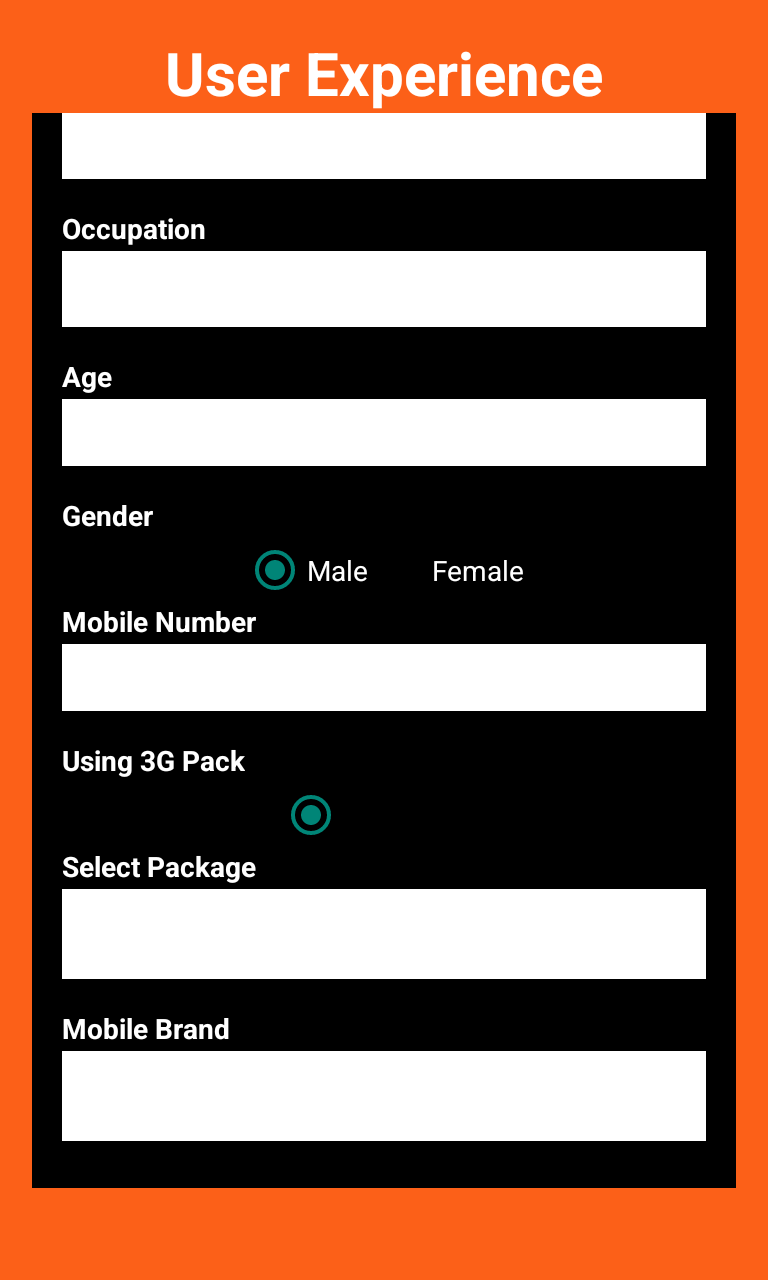
Repository: MushfiqurRahman/BLink3gApp
Layout: 3gExperience/res/layout/fragment_survey.xml
An editor plug-in stored every save of this project. The layout is shown before and after the next save, followed by the edit.
It is drawn on a 768 x 1280 px phone screen (xhdpi) without system bars, with theme AppTheme; the app's code is not run.

Above is the layout before, as saved 2014-05-20 19:07:41.

### 3gExperience/res/layout/fragment_survey.xml
<RelativeLayout xmlns:android="http://schemas.android.com/apk/res/android"
    xmlns:tools="http://schemas.android.com/tools"
    android:layout_width="match_parent"
    android:layout_height="match_parent"
    android:background="#FC6018"
    android:paddingBottom="@dimen/activity_vertical_margin"
    android:paddingLeft="@dimen/activity_horizontal_margin"
    android:paddingRight="@dimen/activity_horizontal_margin"
    android:paddingTop="@dimen/activity_vertical_margin"
    tools:context="com.example.gexperience.SurveyActivity$PlaceholderFragment" >

    <RelativeLayout
        android:id="@+id/topMain"
        android:layout_width="fill_parent"
        android:layout_height="wrap_content" >

        <TextView
            android:layout_width="wrap_content"
            android:layout_height="wrap_content"
            android:layout_centerInParent="true"
            android:layout_marginLeft="5dip"
            android:text="@string/survey_heading"
            android:textColor="#ffffff"
            android:textSize="30sp"
            android:textStyle="bold" />
    </RelativeLayout>

    <LinearLayout
        android:id="@+id/LinearBottom"
        android:layout_width="fill_parent"
        android:layout_height="30dp"
        android:layout_alignParentBottom="true"
        android:gravity="bottom"
        android:orientation="vertical" >
    </LinearLayout>

    <LinearLayout
        android:id="@+id/layout_survey_form"
        android:layout_width="fill_parent"
        android:layout_height="fill_parent"
        android:layout_above="@id/LinearBottom"
        android:layout_alignParentLeft="true"
        android:layout_below="@id/topMain"
        android:background="#000000"
        android:gravity="center"
        android:orientation="vertical"
        android:paddingLeft="15dp"
        android:paddingRight="15dp" >

        <LinearLayout
            android:layout_width="fill_parent"
            android:layout_height="wrap_content"
            android:layout_gravity="left" >

            <TextView
                android:id="@+id/textView3"
                android:layout_width="wrap_content"
                android:layout_height="wrap_content"
                android:layout_marginBottom="2dp"
                android:text="@string/sbcr_name"
                android:textColor="#FFFFFF"
                android:textStyle="bold" />
        </LinearLayout>

        <EditText
            android:id="@+id/edtName"
            android:layout_width="match_parent"
            android:layout_height="wrap_content"
            android:layout_marginBottom="15dp"
            android:background="#FFFFFF"
            android:ems="10"
            android:inputType="text"
            android:textSize="25sp" />

        <LinearLayout
            android:layout_width="fill_parent"
            android:layout_height="wrap_content"
            android:layout_gravity="left" >

            <TextView
                android:id="@+id/textView1"
                android:layout_width="wrap_content"
                android:layout_height="wrap_content"
                android:layout_marginBottom="2dp"
                android:text="@string/sbcr_occupation"
                android:textColor="#FFFFFF"
                android:textStyle="bold" />
        </LinearLayout>

        <Spinner
            android:id="@+id/spnOccupation"
            android:layout_width="match_parent"
            android:layout_height="38dp"
            android:layout_marginBottom="15dp"
            android:background="#FFFFFF"
            android:drawSelectorOnTop="true"
            android:padding="5dp"
            android:spinnerMode="dropdown"
            android:textSize="30sp" />

        <LinearLayout
            android:layout_width="fill_parent"
            android:layout_height="wrap_content"
            android:layout_gravity="left" >

            <TextView
                android:id="@+id/textView2"
                android:layout_width="wrap_content"
                android:layout_height="wrap_content"
                android:layout_marginBottom="2dp"
                android:text="@string/sbcr_age"
                android:textColor="#FFFFFF"
                android:textStyle="bold" />
        </LinearLayout>

        <EditText
            android:id="@+id/edtAge"
            android:layout_width="match_parent"
            android:layout_height="wrap_content"
            android:layout_marginBottom="15dp"
            android:background="#FFFFFF"
            android:ems="10"
            android:inputType="number"
            android:textSize="25sp" />

        <LinearLayout
            android:layout_width="fill_parent"
            android:layout_height="wrap_content"
            android:layout_gravity="left" >

            <TextView
                android:id="@+id/tvGender"
                android:layout_width="wrap_content"
                android:layout_height="wrap_content"
                android:layout_marginBottom="2dp"
                android:text="@string/sbcr_gender"
                android:textColor="#FFFFFF"
                android:textStyle="bold" />
        </LinearLayout>

        <RadioGroup
            android:id="@+id/rdoGender"
            android:layout_width="wrap_content"
            android:layout_height="wrap_content"
            android:orientation="horizontal" >

            <RadioButton
                android:id="@+id/radio0"
                android:layout_width="wrap_content"
                android:layout_height="wrap_content"
                android:checked="true"
                android:textColor="#FFFFFF"
                android:text="Male" />

            <RadioButton
                android:id="@+id/radio1"
                android:layout_width="wrap_content"
                android:layout_height="wrap_content"
                android:text="Female"
                android:textColor="#FFFFFF" />
        </RadioGroup>

                <LinearLayout
            android:layout_width="fill_parent"
            android:layout_height="wrap_content"
            android:layout_gravity="left" >

            <TextView
                android:id="@+id/tvMobileNo"
                android:layout_width="wrap_content"
                android:layout_height="wrap_content"
                android:layout_marginBottom="2dp"
                android:text="@string/sbcr_mobile"
                android:textColor="#FFFFFF"
                android:textStyle="bold" />
        </LinearLayout>

        <EditText
            android:id="@+id/edtMobileNo"
            android:layout_width="match_parent"
            android:layout_height="wrap_content"
            android:layout_marginBottom="15dp"
            android:background="#FFFFFF"
            android:ems="10"
            android:inputType="number"
            android:textSize="25sp" />

                <LinearLayout
            android:layout_width="fill_parent"
            android:layout_height="wrap_content"
            android:layout_gravity="left" >

            <TextView
                android:id="@+id/tv3gPack"
                android:layout_width="wrap_content"
                android:layout_height="wrap_content"
                android:layout_marginBottom="2dp"
                android:text="@string/sbcr_is_3g"
                android:textColor="#FFFFFF"
                android:textStyle="bold" />
        </LinearLayout>

        <RadioGroup
            android:id="@+id/rdo3g"
            android:layout_width="wrap_content"
            android:layout_height="wrap_content"
            android:orientation="horizontal" >

            <RadioButton
                android:id="@+id/radio0"
                android:layout_width="wrap_content"
                android:layout_height="wrap_content"
                android:checked="true"
                android:text="Yes" />

            <RadioButton
                android:id="@+id/radio1"
                android:layout_width="wrap_content"
                android:layout_height="wrap_content"
                android:text="No" />
        </RadioGroup>

        <LinearLayout
            android:layout_width="fill_parent"
            android:layout_height="wrap_content"
            android:layout_gravity="left" >

            <TextView
                android:id="@+id/tvPackageType"
                android:layout_width="wrap_content"
                android:layout_height="wrap_content"
                android:layout_marginBottom="2dp"
                android:text="@string/sbcr_package_type"
                android:textColor="#FFFFFF"
                android:textStyle="bold" />
        </LinearLayout>

        <Spinner
            android:id="@+id/spnPackageTypes"
            android:layout_width="match_parent"
            android:layout_height="45dp"
            android:layout_marginBottom="15dp"
            android:background="#FFFFFF"
            android:padding="5dp"
            android:spinnerMode="dropdown"
            android:textSize="30sp" />

                <LinearLayout
            android:layout_width="fill_parent"
            android:layout_height="wrap_content"
            android:layout_gravity="left" >

            <TextView
                android:id="@+id/tvMobileBrand"
                android:layout_width="wrap_content"
                android:layout_height="wrap_content"
                android:layout_marginBottom="2dp"
                android:text="@string/sbcr_mobile_brand"
                android:textColor="#FFFFFF"
                android:textStyle="bold" />
        </LinearLayout>

        <Spinner
            android:id="@+id/spnMobileBrad"
            android:layout_width="match_parent"
            android:layout_height="45dp"
            android:layout_marginBottom="15dp"
            android:background="#FFFFFF"
            android:padding="5dp"
            android:spinnerMode="dropdown"
            android:textSize="30sp" />

        <Button
            android:id="@+id/btnSubmit"
            android:layout_width="match_parent"
            android:layout_height="wrap_content"
            android:layout_marginBottom="15dp"
            android:text="@string/submit"
            android:textColor="#FFFFFF"
            android:textSize="20sp"
            android:textStyle="bold" />

        <Button
            android:id="@+id/btnReset"
            android:layout_width="match_parent"
            android:layout_height="wrap_content"
            android:layout_marginBottom="15dp"
            android:text="@string/reset"
            android:textColor="#FFFFFF"
            android:textSize="20sp"
            android:textStyle="bold" />
    </LinearLayout>

</RelativeLayout>

### 3gExperience/res/values/strings.xml
<?xml version="1.0" encoding="utf-8"?>
<resources>

    <string name="app_name">3gExperience</string>
    <string name="hello_world">Hello world!</string>
    <string name="action_settings">Settings</string>
    <string name="title_activity_login">LoginActivity</string>
    <string name="title_activity_survey">SurveyActivity</string>
    <string name="bp_code">BP Code</string>
    <string name="area">Area</string>
    <string name="location">Location</string>
    <string name="login">Login</string>
    <string name="survey_heading">User Experience</string>
    <string name="sbcr_name">Subscriber Name</string>
    <string name="sbcr_occupation">Occupation</string>
    <string name="sbcr_age">Age</string>
    <string name="sbcr_gender">Gender</string>
    <string name="sbcr_mobile">Mobile Number</string>
    <string name="sbcr_is_3g">Using 3G Pack</string>
    <string name="sbcr_package_type">Select Package</string>
    <string name="sbcr_mobile_brand">Mobile Brand</string>
    <string name="submit">Submit</string>
    <string name="reset">Reset</string>
</resources>

Loaded but not shown: 3gExperience/res/values/styles.xml (common file); 3gExperience/res/values-v11/styles.xml (common file); 3gExperience/res/values-v14/styles.xml (common file); 3gExperience/res/values/dimens.xml (common file); 3gExperience/res/values-w820dp/dimens.xml (common file)

After the next save:
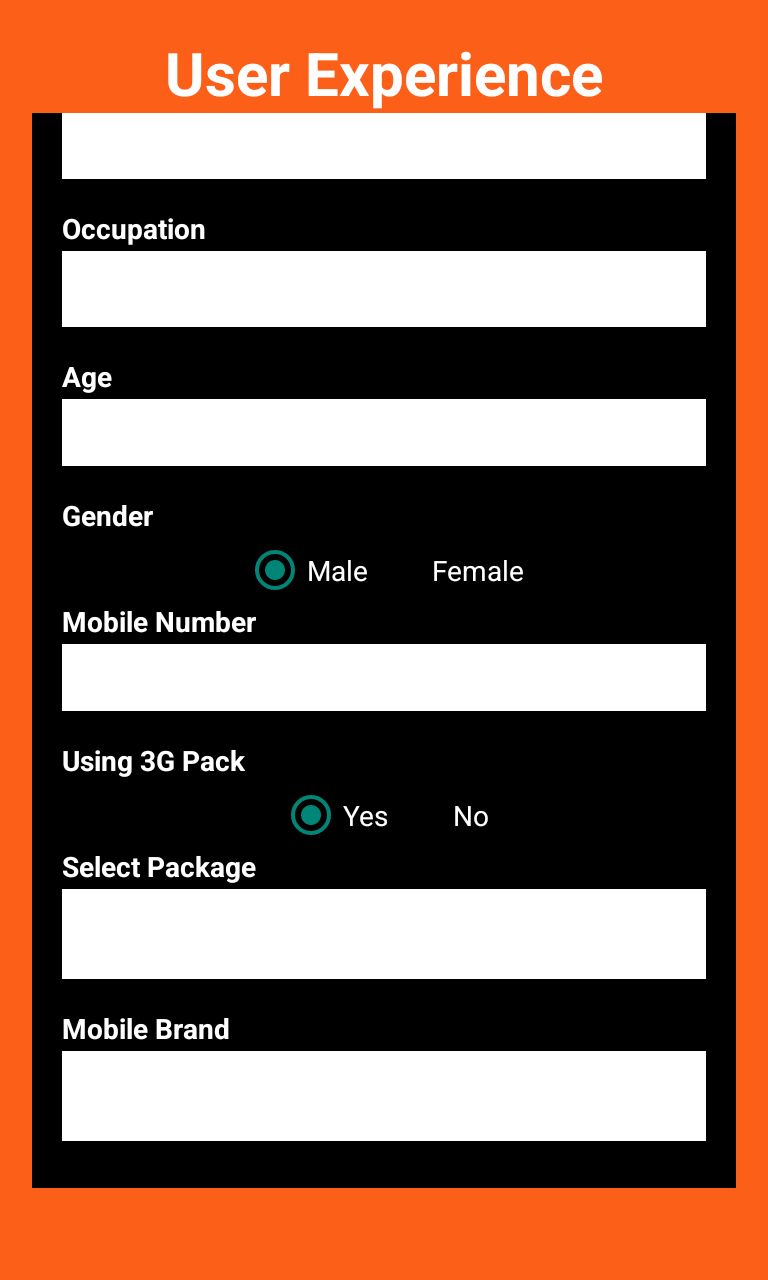
Saved 9 s later.
--- a/3gExperience/res/layout/fragment_survey.xml
+++ b/3gExperience/res/layout/fragment_survey.xml
@@ -211,13 +211,15 @@
                 android:layout_width="wrap_content"
                 android:layout_height="wrap_content"
                 android:checked="true"
-                android:text="Yes" />
+                android:text="Yes"
+                android:textColor="#FFFFFF" />
 
             <RadioButton
                 android:id="@+id/radio1"
                 android:layout_width="wrap_content"
                 android:layout_height="wrap_content"
-                android:text="No" />
+                android:text="No"
+                android:textColor="#FFFFFF" />
         </RadioGroup>
 
         <LinearLayout
